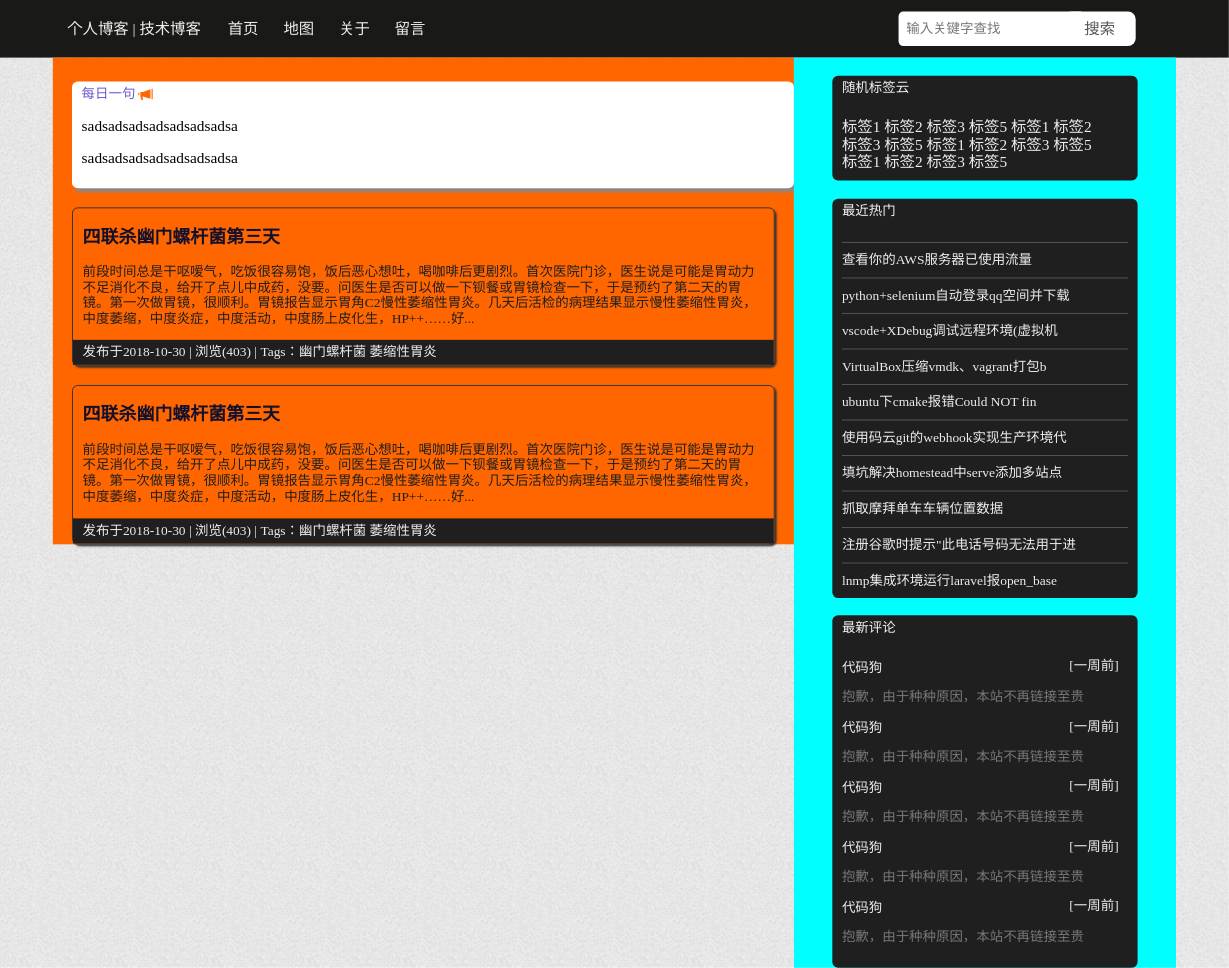
Repository: li1214/my_blog
Page: page/index.html
The author's editor kept a copy of each file at every save. The page is drawn from the files as they stood at one save, then again after the next save.
The browser window is 1280 px wide. The pictures show the whole page, at 96% of full size.

Above is the page before, as saved 2019-01-04 11:20:58.

After the next save:
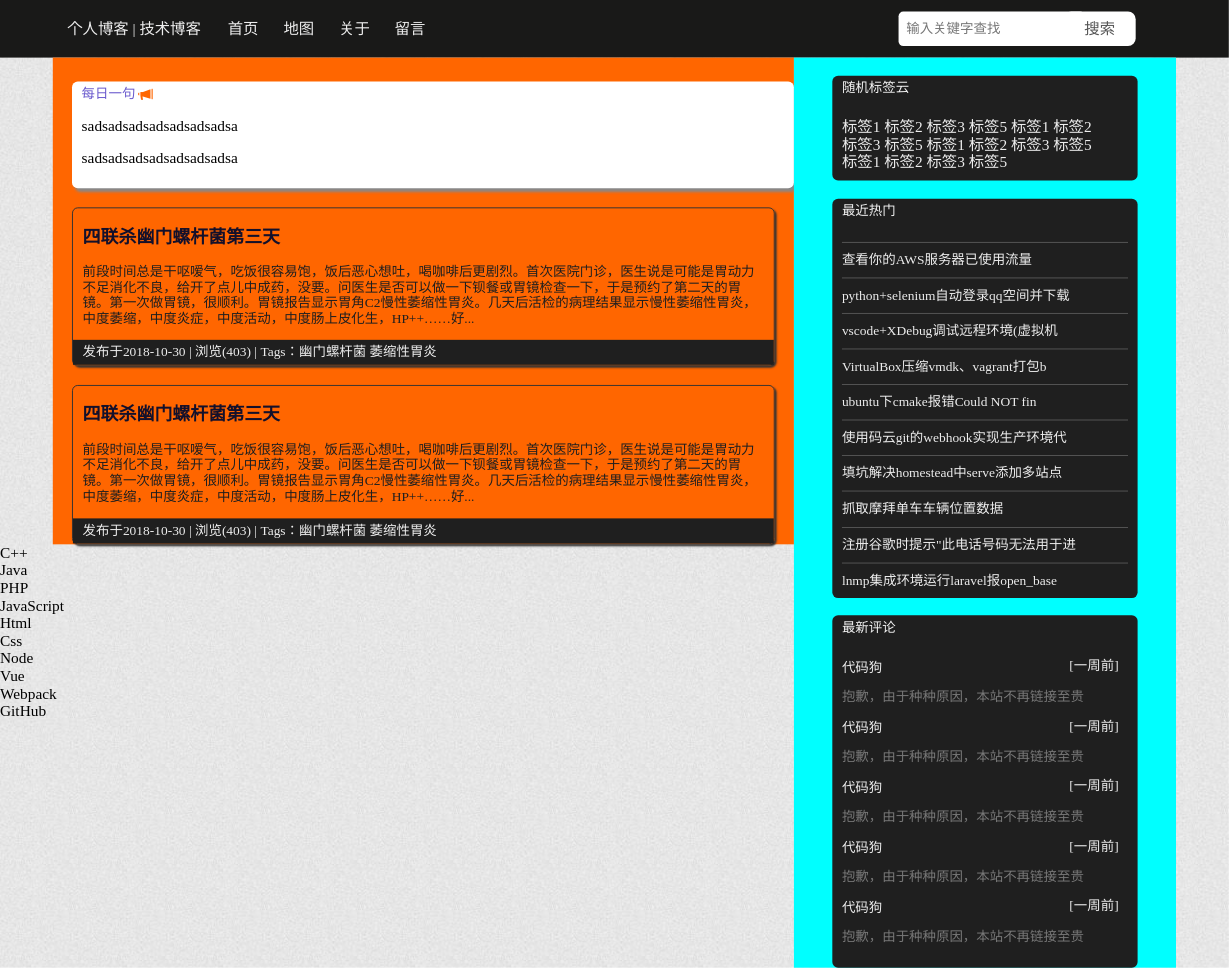
Saved 3 min 21 s later.
--- a/page/index.html
+++ b/page/index.html
@@ -180,6 +180,20 @@
         </div>
       </div>
     </div>
-    <footer></footer>
+    <footer>
+        <ul>
+            <li>C++</li>
+            <li>Java</li>
+            <li>PHP</li>
+            <li>JavaScript</li>
+            <li>Html</li>
+            <li>Css</li>
+            <li>Node</li>
+            <li>Vue</li>
+            <li>Webpack</li>
+            <li>GitHub</li>
+        </ul>
+        <p></p>
+    </footer>
   </body>
 </html>
